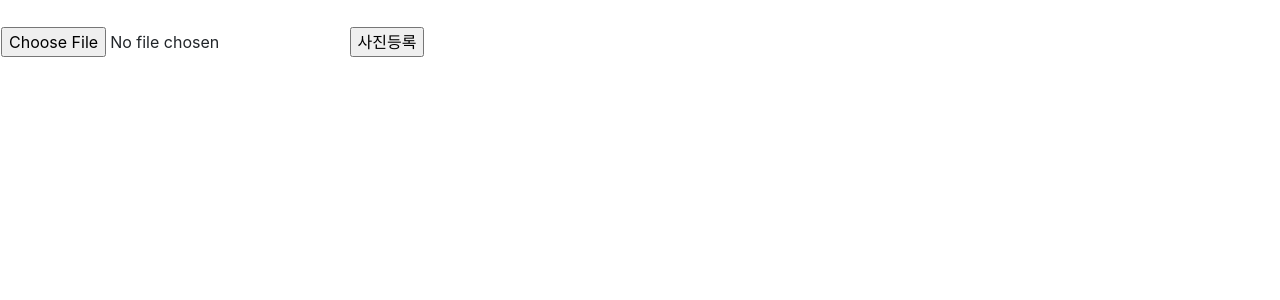
Repository: dongcmd/dong_jsp
Page: http://localhost/model2Study/view/member/pictureForm.jsp
An editor plug-in stored every save of this project. The page is shown before and after a run of saves, followed by the edit.
The browser window is 1280 px wide. The pictures show the whole page.
The page is served by Tomcat 9. Other server files are loaded and not shown.

Above is the page before, as saved 2025-04-16 08:23:02.

### model2Study/src/main/webapp/view/member/pictureForm.jsp
<%@ page language="java" contentType="text/html; charset=UTF-8"
    pageEncoding="UTF-8"%>
<!DOCTYPE html>
<html>
<head>
<meta charset="UTF-8">
<title>회원 사진 등록</title>
<link rel="stylesheet" href="https://cdn.jsdelivr.net/npm/bootstrap@4.6.2/dist/css/bootstrap.min.css">
</head>
<body>
<table>
	<tr><td><img id="preview" src=""></td></tr>
	<tr><td>
		<form action="picture" method="post" enctype="multipart/form-data">
			<input type="file" name="picture" id="imageFile" accept="img/*">
			<input type="submit" value="사진등록">
		</form></td></tr>
</table>
<script> // 미리보기 구현
	let imageFile = document.querySelector("#imageFile");
	let preview = document.querySelector("#preview");
	imageFile.addEventListener("change", function(e) {
		let get_file = e.target.files;
		let reader = new FileReader(); // 파일을 읽기 위한 스트림 객체
		reader.onload = (
				function(Img) { // reader 객체에 파일이 로드되는 경우 이벤트 등록
					return function(e) {
						Img.src = e.target.result; // result : 선택된 파일의 value값(파일 이름)
					}
				})(preview);
		// if(get_file) { reader.readAsDataURL(get_file[0]);
		get_file && reader.readAsDataURL(get_file[0]);
	});
</script>
</body>
</html>

After the next 2 saves:
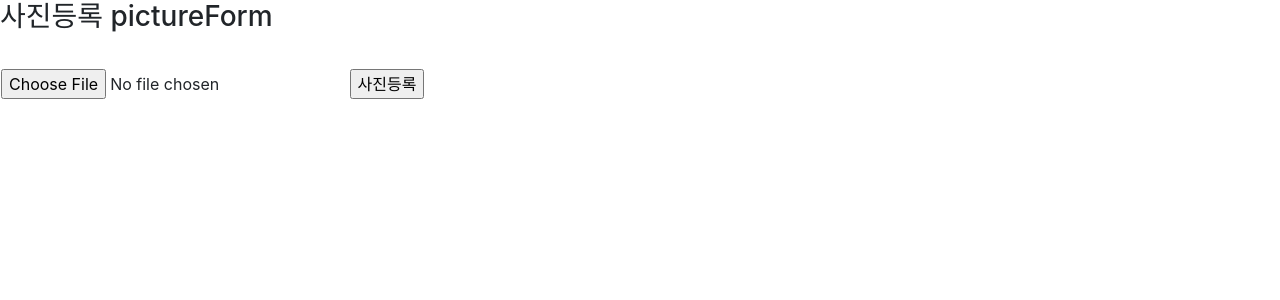
The 2 saves are shown as one change because they came seconds apart.
The last was saved 11 s later.
--- a/model2Study/src/main/webapp/view/member/pictureForm.jsp
+++ b/model2Study/src/main/webapp/view/member/pictureForm.jsp
@@ -8,7 +8,7 @@
 <link rel="stylesheet" href="https://cdn.jsdelivr.net/npm/bootstrap@4.6.2/dist/css/bootstrap.min.css">
 </head>
 <body>
-<table>
+<table><h3>사진등록 pictureForm</h3>
 	<tr><td><img id="preview" src=""></td></tr>
 	<tr><td>
 		<form action="picture" method="post" enctype="multipart/form-data">
